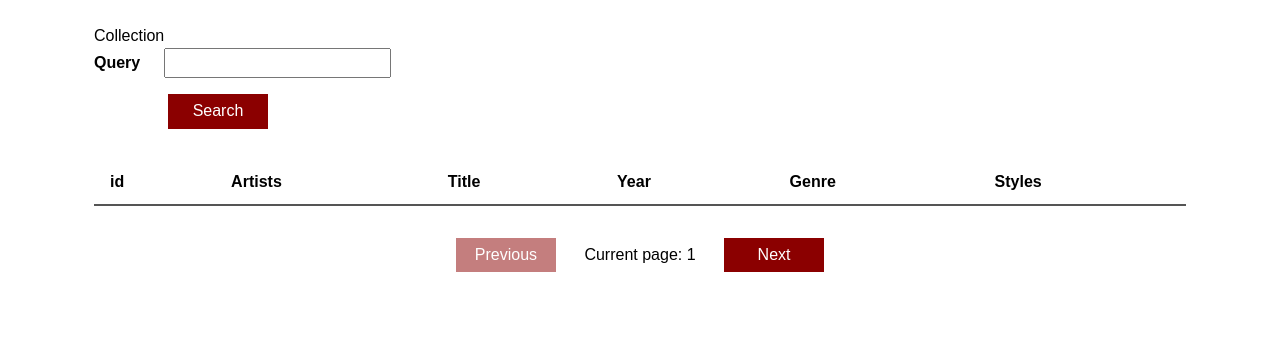
Repository: ivan-baljkas/pristupni_zadatak
Page: / (app in frontend/react-akademija-master/)
The author's editor kept a copy of each file at every save. The page is drawn from the files as they stood at one save, then again after the next save.
The browser window is 1280 px wide. The pictures show the whole page.
The page's requests for data from a server got no answer. The project was rebuilt for these pictures with package versions that can differ from the ones it lists, and the page was loaded fresh each time. No one was signed in, and anything a server would have sent is missing. Also part of the build but not shown: frontend/react-akademija-master/src/components/TableItem.jsx.

Above is the page before, as saved 2021-07-22 11:20:19.

### frontend/react-akademija-master/public/index.html
<!DOCTYPE html>
<html lang="en">
  <head>
    <meta charset="utf-8" />
    <link rel="icon" href="%PUBLIC_URL%/favicon.ico" />
    <meta name="viewport" content="width=device-width, initial-scale=1" />
    <meta name="theme-color" content="#000000" />
    <meta
      name="description"
      content="Web site created using create-react-app"
    />
    <link rel="apple-touch-icon" href="%PUBLIC_URL%/logo192.png" />
    <!--
      manifest.json provides metadata used when your web app is installed on a
      user's mobile device or desktop. See https://developers.google.com/web/fundamentals/web-app-manifest/
    -->
    <link rel="manifest" href="%PUBLIC_URL%/manifest.json" />
    <!--
      Notice the use of %PUBLIC_URL% in the tags above.
      It will be replaced with the URL of the `public` folder during the build.
      Only files inside the `public` folder can be referenced from the HTML.

      Unlike "/favicon.ico" or "favicon.ico", "%PUBLIC_URL%/favicon.ico" will
      work correctly both with client-side routing and a non-root public URL.
      Learn how to configure a non-root public URL by running `npm run build`.
    -->
    <link rel="stylesheet" type="text/css" href="https://cdnjs.cloudflare.com/ajax/libs/normalize/8.0.1/normalize.min.css">
    <title>Ivan Baljkas</title>
  </head>
  <body>
    <noscript>You need to enable JavaScript to run this app.</noscript>
    <div id="root"></div>
    <!--
      This HTML file is a template.
      If you open it directly in the browser, you will see an empty page.

      You can add webfonts, meta tags, or analytics to this file.
      The build step will place the bundled scripts into the <body> tag.

      To begin the development, run `npm start` or `yarn start`.
      To create a production bundle, use `npm run build` or `yarn build`.
    -->
  </body>
</html>

### frontend/react-akademija-master/src/index.css
body {
  margin: 0;
  font-family: -apple-system, BlinkMacSystemFont, "Segoe UI", "Roboto", "Oxygen",
    "Ubuntu", "Cantarell", "Fira Sans", "Droid Sans", "Helvetica Neue",
    sans-serif;
  -webkit-font-smoothing: antialiased;
  -moz-osx-font-smoothing: grayscale;
}

body {
  max-width: 1140px;
  margin: 0 auto;
  padding: 24px;
  font-family: Arial, sans-serif;
  font-size: 16px;
  line-height: 1.5;
}

h1 {
  margin-top: 0;
}

html {
  box-sizing: border-box;
}
*,
*:before,
*:after {
  box-sizing: inherit;
}

table {
  border-collapse: collapse;
  text-align: left;
  margin-bottom: 2em;
  width: 100%;
}

thead {
  border-bottom: 2px solid #555;
}

thead th,
td {
  padding: 0.6em 1em;
}

tbody tr:nth-child(even) {
  background-color: #e9e9e9;
}

.pagination {
  text-align: center;
}

button {
  margin: 0 1.5em;
  background-color: darkred;
  color: white;
  border-width: 0;
  padding: 0.5em 1em;
  min-width: 100px;
}

button:disabled {
  opacity: 0.5;
}

.stats {
  border-bottom: 1px solid #555;
  padding-bottom: 1em;
  margin-bottom: 1em;
  text-align: center;
}

form div {
  margin-bottom: 1em;
}

form {
  margin-bottom: 2em;
}

form label {
  display: inline-block;
  min-width: 70px;
}

form button,
.result {
  margin-left: 74px;
}

form input {
  padding: 0.25em 0.5em;
}

form label {
  font-weight: bold;
}

### frontend/react-akademija-master/src/App.js
import React, {useState, useEffect} from "react";
import { SearchForm } from "./components/SearchForm";
import { CollectionTable } from "./components/CollectionTable";
import { TableItem } from "./components/TableItem";
import { Pagination } from "./components/Pagination";
//import data from "./data.json";


const App = () => {

  const [state, setState]= useState({
      results:[],
      currentPage:1,
      searchQuery:''
  });

  const [queryResult, setQueryResult]= useState('');


  /* Dohvaćanje kolekcije */
useEffect(() => {
  fetch(`https://api.discogs.com/users/adrianmusiccollector/collection/folders/0/releases?page=${state.currentPage}`)
    /* Dohvaćanje API URL-a sa prosljeđenom paginacijom */
    .then((data) => data.json())
    .then((data) => {
      /* Dopuniti sa state update funkcijom */
      const items = data.releases
      setState({...state, results:items})
    })
    .catch((error)=>{
        console.log('Error: ',error);
    });
}, []);

const handleSearch = (searchQuery) => {
  fetch(
    `https://api.discogs.com/database/search?q=${searchQuery}&key=OxnCHJEetGbikaamOyaK&secret=wQCIuWuanmRVVeWqNVFWMfSJldHbqnAi`
  )
    .then((data) => data.json())
    .then((data) => {
      setQueryResult(
        Boolean(data.results.length) ? data.results[0].title : "No results"
      );
    });
};

  return (
    <div>
      <header>
        Collection
      </header>
      <SearchForm state={state} queryState={[queryResult, setQueryResult]} handleSearch={handleSearch} >
          {queryResult}
        </SearchForm>
        <CollectionTable>
        {state.results.map(release=>(
          <TableItem id={release.id} {...release}/>
        ))}
        </CollectionTable>
        <Pagination currentPage={1} pages={2} />
    </div>
  );
};

export default App;

### frontend/react-akademija-master/src/components/SearchForm.jsx
import React, { Component } from 'react'

export const SearchForm = (props) =>{

    return(
        <div>
            <form  onClick={props.handleSearch()}>
            <div>

                <label htmlFor="query">Query </label>
                <input type="text" id="query"/>
            </div>
            <div>
                <button type="submit">Search</button>
                <p class="result">{props.children}</p>
            </div>

            </form>

        </div>
    );
};

### frontend/react-akademija-master/src/components/CollectionTable.jsx
import React, { Component } from 'react'
import { TableItem } from './TableItem';
export const CollectionTable = (props) =>{

    return(
        <div>
            <table>
            <thead>
                <tr>
                    <th>id</th>
                    <th>Artists</th>
                    <th>Title</th>
                    <th>Year</th>
                    <th>Genre</th>
                    <th>Styles</th>
                </tr>
            </thead>
             <tbody>
                {props.children}
            </tbody>

            </table>
        </div>
    );
};

### frontend/react-akademija-master/src/components/Pagination.jsx
import React, { Component } from 'react'

export const Pagination = (props) =>{

    return(
        <div className="pagination">
            <button type="button" disabled = {props.currentPage === 1}>Previous</button>
             <span>  Current page:  {props.currentPage} </span>
             <button type="button"disabled = {props.currentPage === props.pages}>Next</button>
        </div>
    );
};

Loaded but not shown: frontend/react-akademija-master/src/index.js (common file); frontend/react-akademija-master/src/reportWebVitals.js (common file)

After the next save:
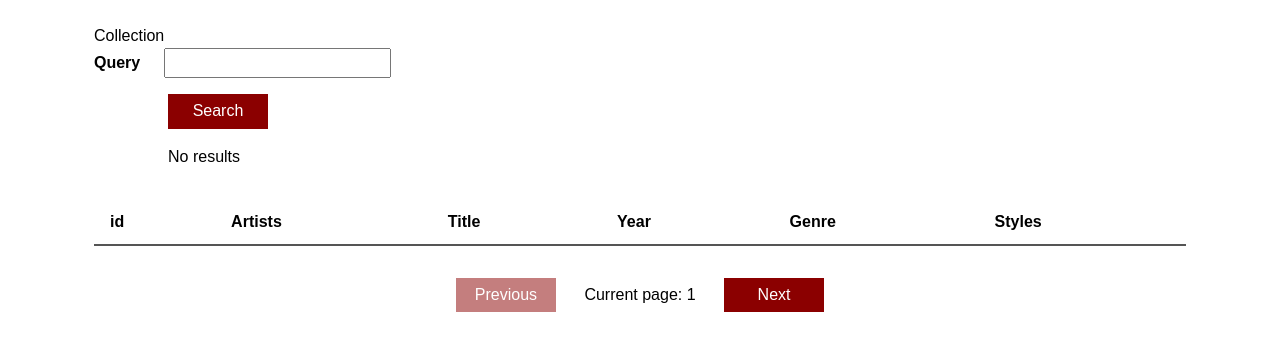
Saved 20 s later.
--- a/frontend/react-akademija-master/src/App.js
+++ b/frontend/react-akademija-master/src/App.js
@@ -14,7 +14,7 @@ const App = () => {
       searchQuery:''
   });
 
-  const [queryResult, setQueryResult]= useState('');
+  const [queryResult, setQueryResult]= useState('No results');
 
 
   /* Dohvaćanje kolekcije */
